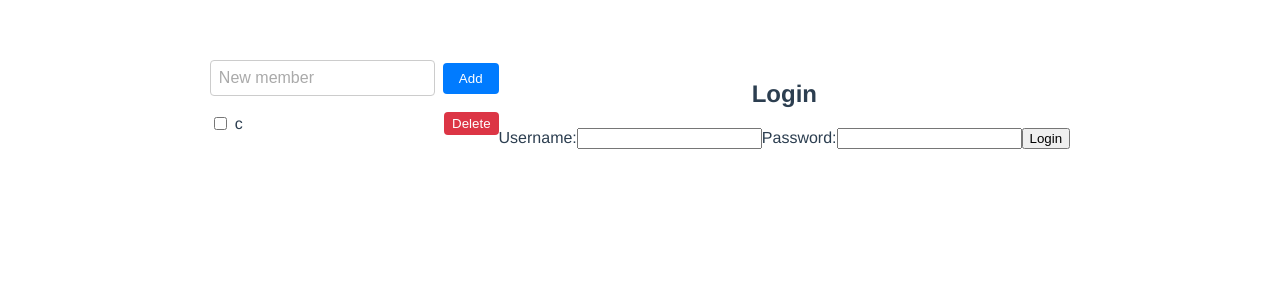
Repository: anhthu112/Todo-list
Page: /
These files come from the project's save history. The page is drawn as it stood at one moment and after the next save; the edit follows.
The browser window is 1280 px wide. The pictures show the whole page.
The project was rebuilt for these pictures with package versions that can differ from the ones it lists, and the page was loaded fresh each time. Requests to the local data server were answered from the project's data file. Also part of the build but not shown: vue.config.js.

Above is the page before, as saved 2024-02-01 11:24:33.

After the next save:
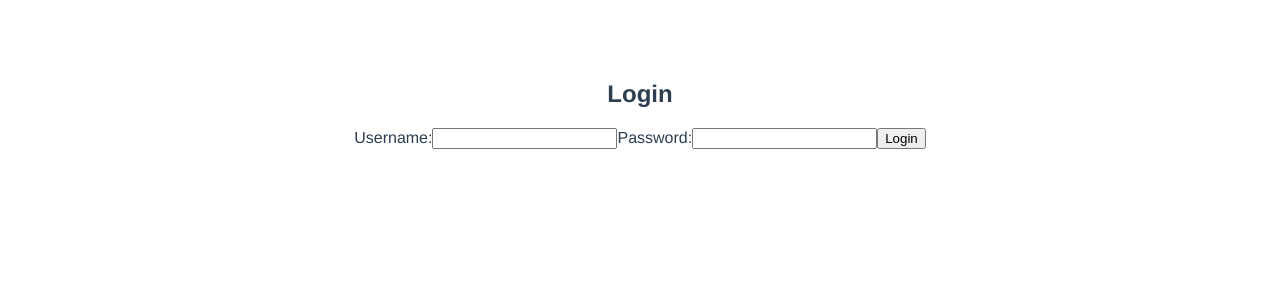
Saved 17 s later.
--- a/src/App.vue
+++ b/src/App.vue
@@ -1,19 +1,19 @@
 <template>
   <div class="container">
-    <CompTodo/>
+    <!-- <CompTodo/> -->
     <Login/>
   </div>
 </template>
 
 <script>
-import CompTodo from './components/CompTodo.vue';
+// import CompTodo from './components/CompTodo.vue';
 import Login from './components/Login.vue'
 
 export default {
   name: 'App',
 
   components: {
-    CompTodo,
+    // CompTodo,
     Login,
 },
 }
